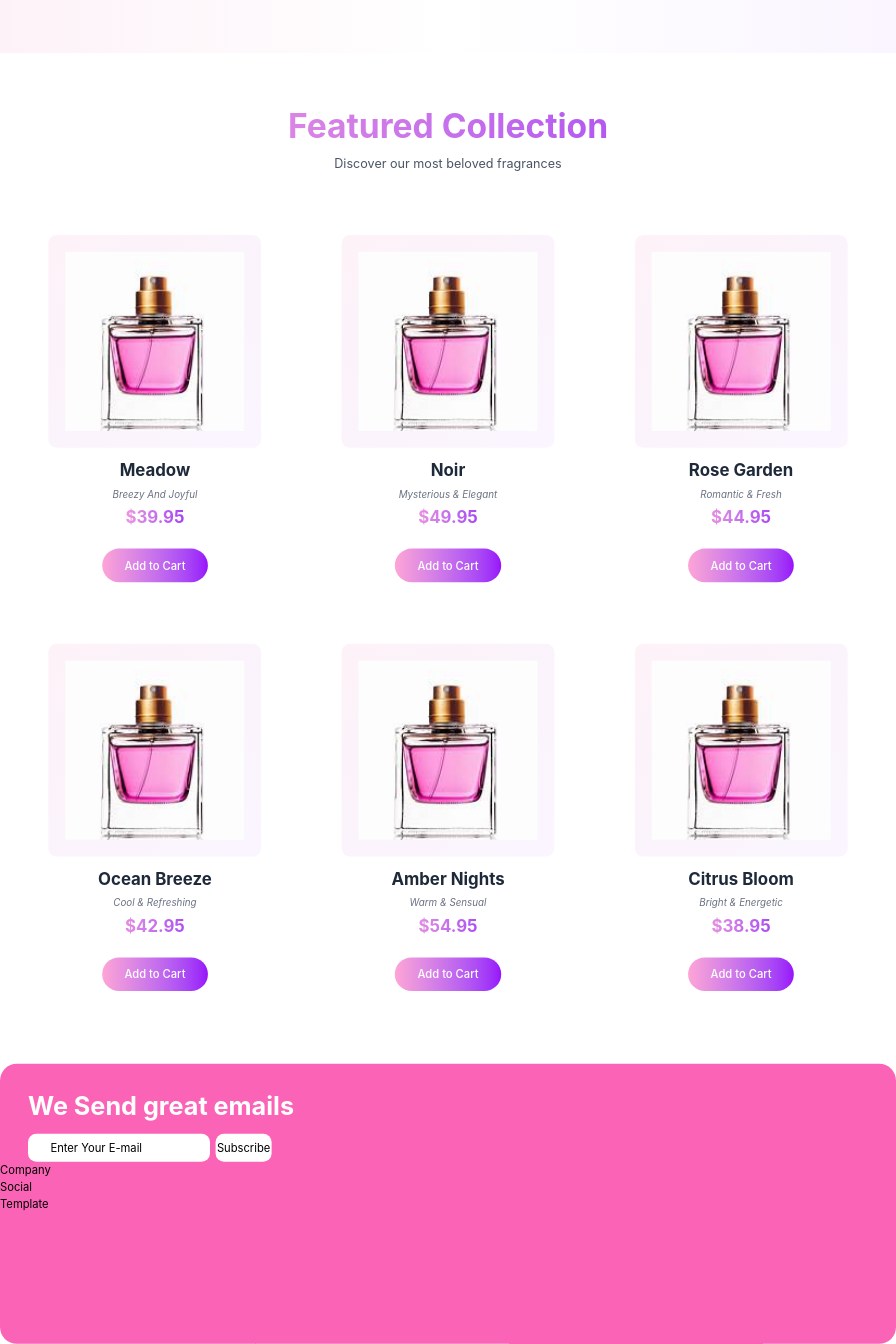
Repository: kiran2k5-ai/E-Commerce-Perfume
Page: /
An editor plug-in stored every save of this project. The page is shown before and after a run of saves, followed by the edit.
The browser window is 1280 px wide. The pictures show the part of the page from y = 904 to 2824 px (the page is 2824 px tall), at 70% of full size.
The project was rebuilt for these pictures with package versions that can differ from the ones it lists, and the page was loaded fresh each time. Also part of the build but not shown: vite.config.js.

Above is the page before, as saved 2026-02-04 12:48:11.

After the next 2 saves:
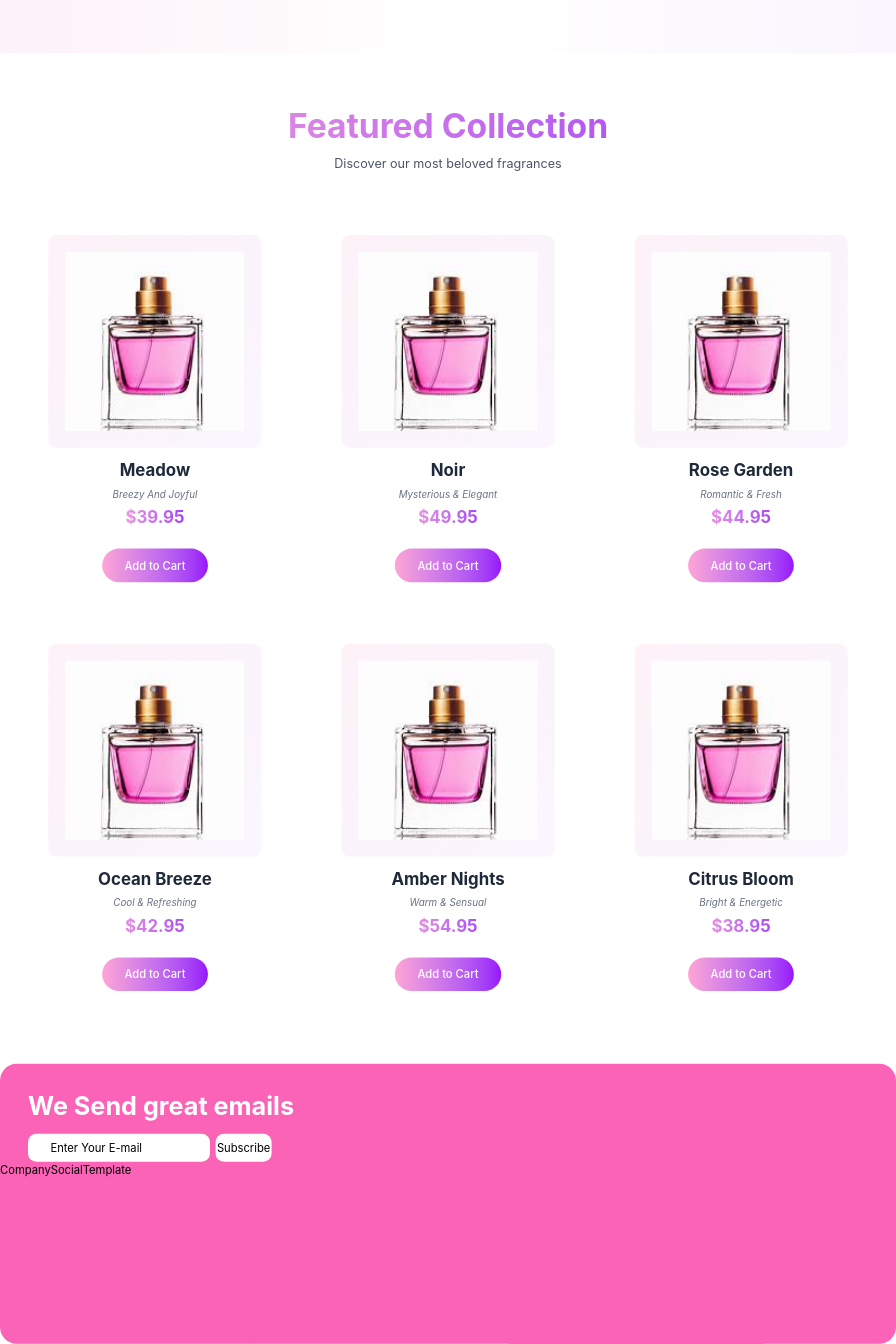
The 2 saves are shown as one change because they came seconds apart.
The last was saved 6 s later.
--- a/src/components/Footer.jsx
+++ b/src/components/Footer.jsx
@@ -12,7 +12,7 @@ const Footer = () => {
             </div>
         </div>
         <div>
-            <div className=''>
+            <div className='flex flex-'>
                 <h1>Company</h1>
                 <h1>Social</h1>
                 <h1>Template</h1>
